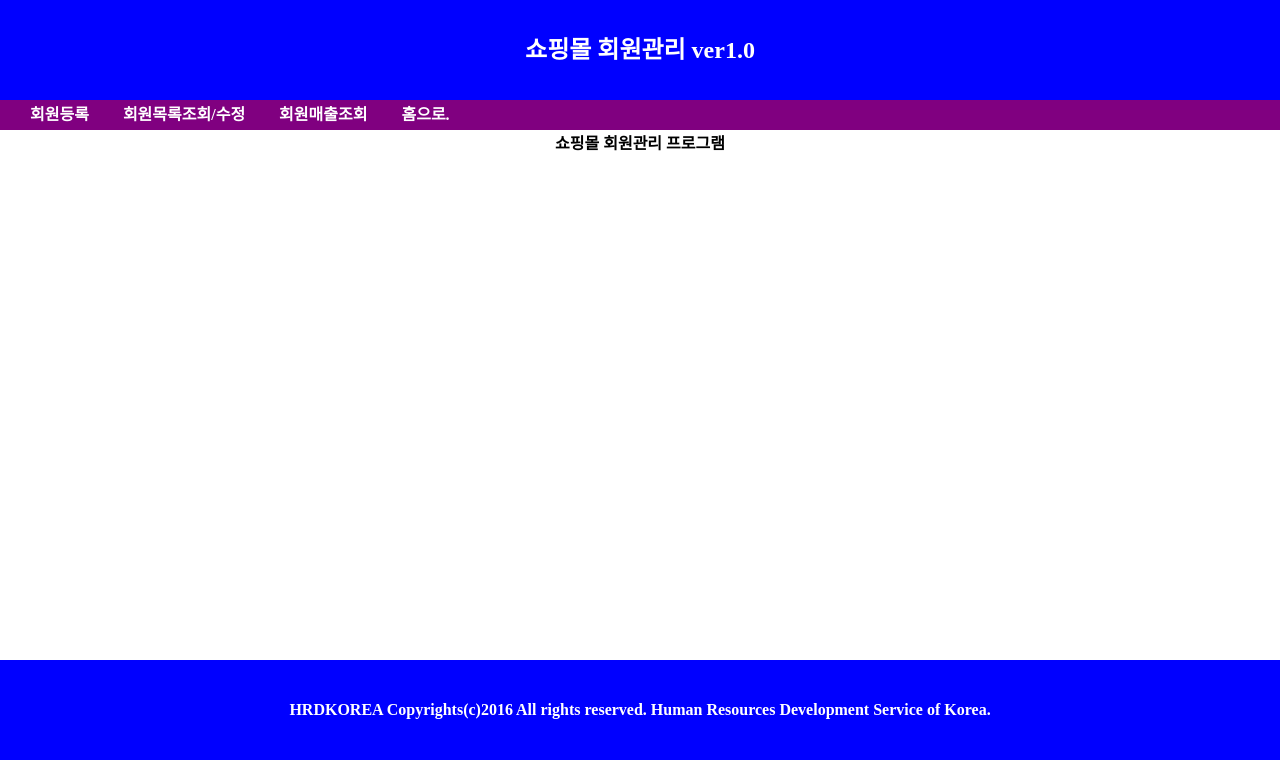
Repository: brightjy/Today-what-I-practiced
Page: http://localhost/HRD_0514/
These files come from the project's save history. The page is drawn as it stood at one moment and after the next save; the edit follows.
The browser window is 1280 px wide. The pictures show the whole page.
The page is served by Tomcat 9. Other server files are loaded and not shown.

Above is the page before, as saved 2020-05-14 12:16:23.

### hrdkorea_0514/HRD_0514/WebContent/index.jsp
<%@ page language="java" contentType="text/html; charset=UTF-8"
    pageEncoding="UTF-8"%>

<!DOCTYPE html>
<html>
<head>
<meta charset="UTF-8">
<title>Insert title here</title>
</head>
<body>
	<jsp:forward page="view/main.jsp"></jsp:forward>
</body>
</html>

### hrdkorea_0514/HRD_0514/WebContent/view/main.jsp
<%@ page language="java" contentType="text/html; charset=UTF-8"
    pageEncoding="UTF-8"%>
<!DOCTYPE html>
<html>
<head>
<meta charset="UTF-8">
<title>Insert title here</title>
</head>
<body>
<jsp:include page="header.jsp"></jsp:include>
<section>
<h4>쇼핑몰 회원관리 프로그램</h4>
</section>
<jsp:include page="footer.jsp"></jsp:include>
</body>
</html>

### hrdkorea_0514/HRD_0514/WebContent/view/header.jsp
<%@ page language="java" contentType="text/html; charset=UTF-8"
    pageEncoding="UTF-8"%>
<% String conPath = request.getContextPath(); %>
<!DOCTYPE html>
<html>
<head>
<meta charset="UTF-8">
<title>Insert title here</title>
<style>
*{margin:0 auto;}
h2, h4{text-align:center;}
a{text-decoration: none; padding-right:30px; color:white; font-weight:bold;}
header,footer{height:100px; background-color:blue; line-height:100px; color:white;}
nav{background-color:purple; height:30px; line-height:30px; padding-left:30px;}
section{height:530px;}
</style>
</head>
<body>
<header>
<h2>쇼핑몰 회원관리 ver1.0</h2>
</header>
<nav>
	<a href="<%=conPath %>/view/registerMemberView.jsp">회원등록</a>
	<a href="<%=conPath %>/view/memberList.jsp">회원목록조회/수정</a>
	<a href="<%=conPath %>/view/moneyList.jsp">회원매출조회</a>
	<a href="<%=conPath %>/view/main.jsp">홈으로.</a>
</nav>

</body>
</html>

### hrdkorea_0514/HRD_0514/WebContent/view/footer.jsp
<%@ page language="java" contentType="text/html; charset=UTF-8"
    pageEncoding="UTF-8"%>
<!DOCTYPE html>
<html>
<head>
<meta charset="UTF-8">
<title>Insert title here</title>
</head>
<body>
<footer>
<h4>HRDKOREA Copyrights(c)2016 All rights reserved. Human Resources Development Service of Korea.</h4>
</footer>
</body>
</html>

After the next save:
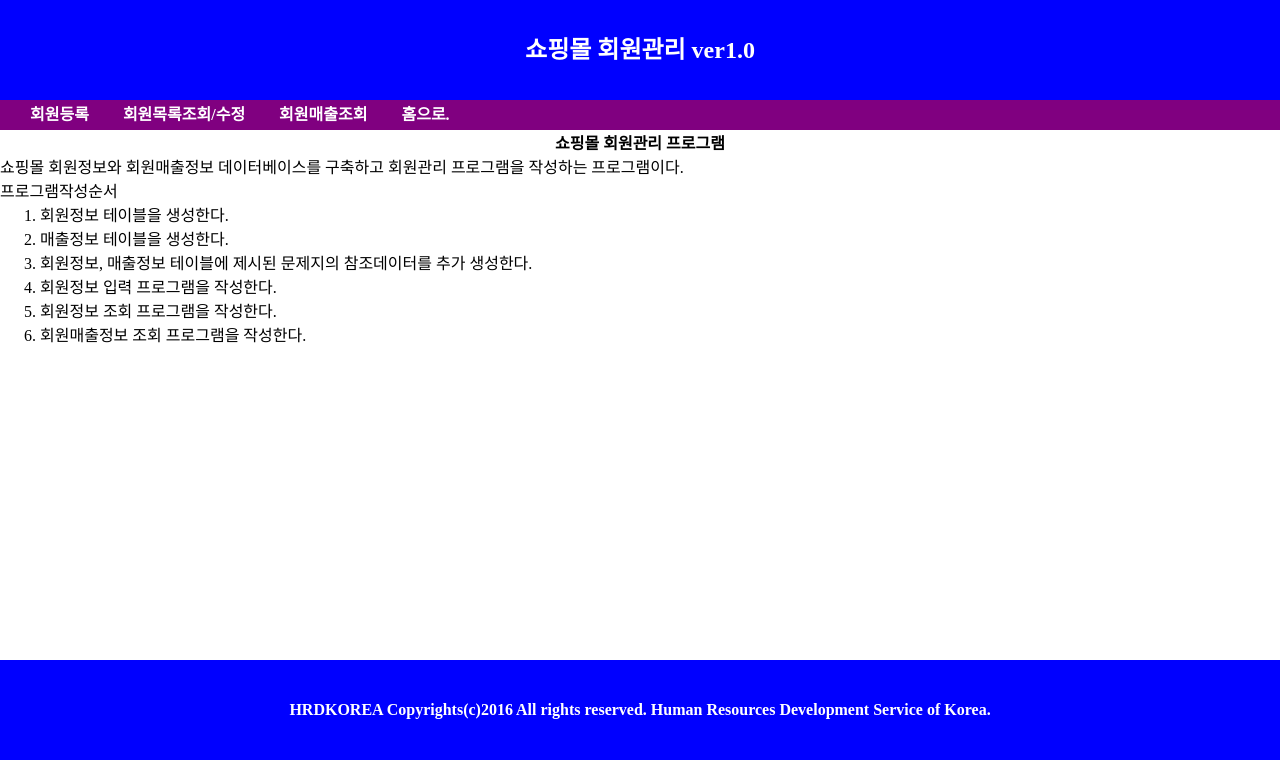
Saved 2 min 22 s later.
--- a/hrdkorea_0514/HRD_0514/WebContent/view/main.jsp
+++ b/hrdkorea_0514/HRD_0514/WebContent/view/main.jsp
@@ -10,6 +10,18 @@
 <jsp:include page="header.jsp"></jsp:include>
 <section>
 <h4>쇼핑몰 회원관리 프로그램</h4>
+<div>
+	<p>쇼핑몰 회원정보와 회원매출정보 데이터베이스를 구축하고 회원관리 프로그램을 작성하는 프로그램이다.</p>
+	<p>프로그램작성순서</p>
+	<ol>
+		<li>회원정보 테이블을 생성한다.</li>
+		<li>매출정보 테이블을 생성한다.</li>
+		<li>회원정보, 매출정보 테이블에 제시된 문제지의 참조데이터를 추가 생성한다.</li>
+		<li>회원정보 입력 프로그램을 작성한다.</li>
+		<li>회원정보 조회 프로그램을 작성한다.</li>
+		<li>회원매출정보 조회 프로그램을 작성한다.</li>
+	</ol>
+</div>
 </section>
 <jsp:include page="footer.jsp"></jsp:include>
 </body>
